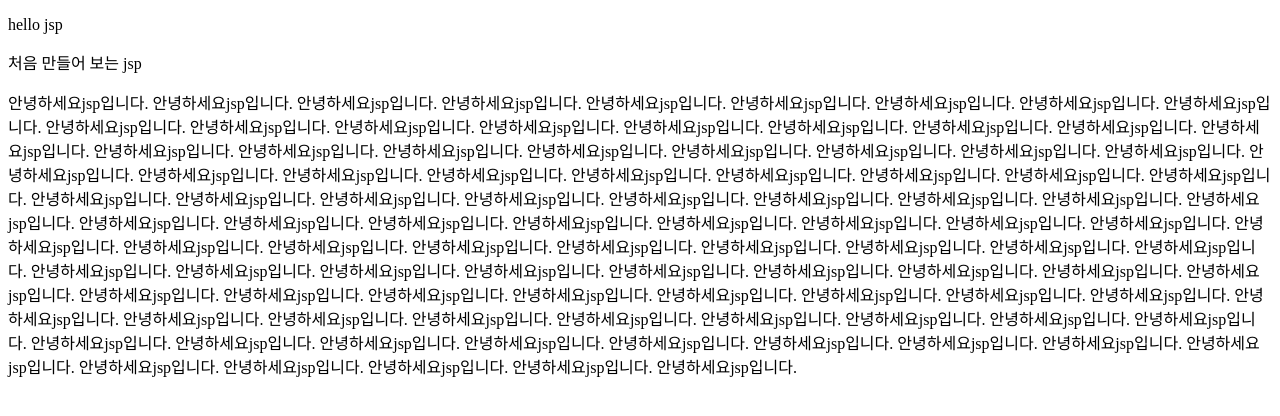
Repository: tisflyjjang051/jsp-lecture
Page: http://localhost/jsp01/hello.jsp
These files come from the project's save history. The page is drawn as it stood at one moment and after the next save; the edit follows.
The browser window is 1280 px wide. The pictures show the whole page.
The page is served by Tomcat 9. Other server files are loaded and not shown.

Above is the page before, as saved 2023-03-02 05:49:24.

### jsp01/src/main/webapp/hello.jsp
<%@ page language="java" contentType="text/html; charset=UTF-8"
    pageEncoding="UTF-8"%>
<%!
	String str01 = "jsp";
	String str02  = "안녕하세요";
%>
<!DOCTYPE html>
<html>
<head>
<meta charset="UTF-8">
<title>Insert title here</title>
</head>
<body>
	<p>hello jsp</p>
	<p>처음 만들어 보는	<%= str01 %></p>
	<p>
		<%
			out.println(str02+str01+"입니다.");
			//안녕하세요. 100번 찍기...
		%>
		<%
			for(int i=0;i<100;i++) {
				out.println(str02+str01+"입니다.");
			}
		%>
	</p>
</body>
</html>

After the next save:
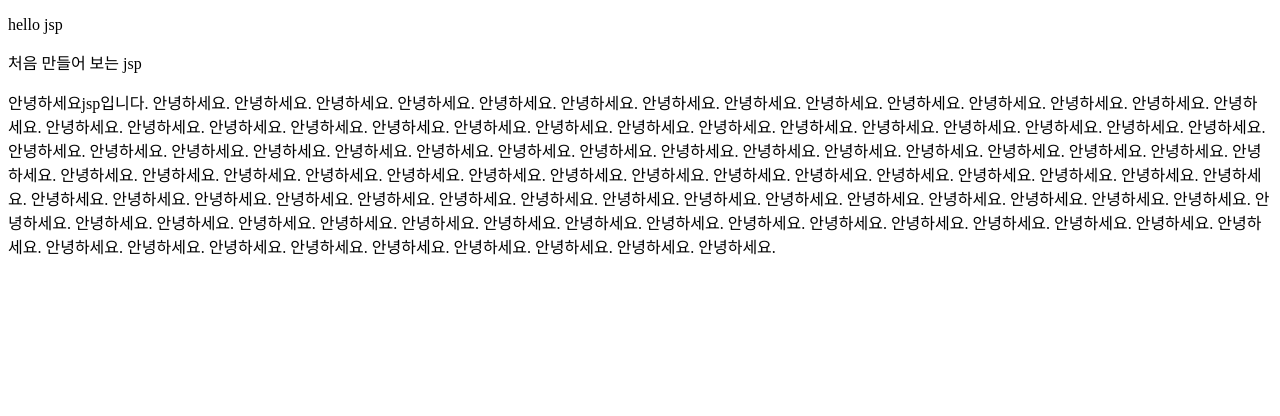
Saved 11 s later.
--- a/jsp01/src/main/webapp/hello.jsp
+++ b/jsp01/src/main/webapp/hello.jsp
@@ -20,7 +20,7 @@
 		%>
 		<%
 			for(int i=0;i<100;i++) {
-				out.println(str02+str01+"입니다.");
+				out.println("안녕하세요.");
 			}
 		%>
 	</p>
